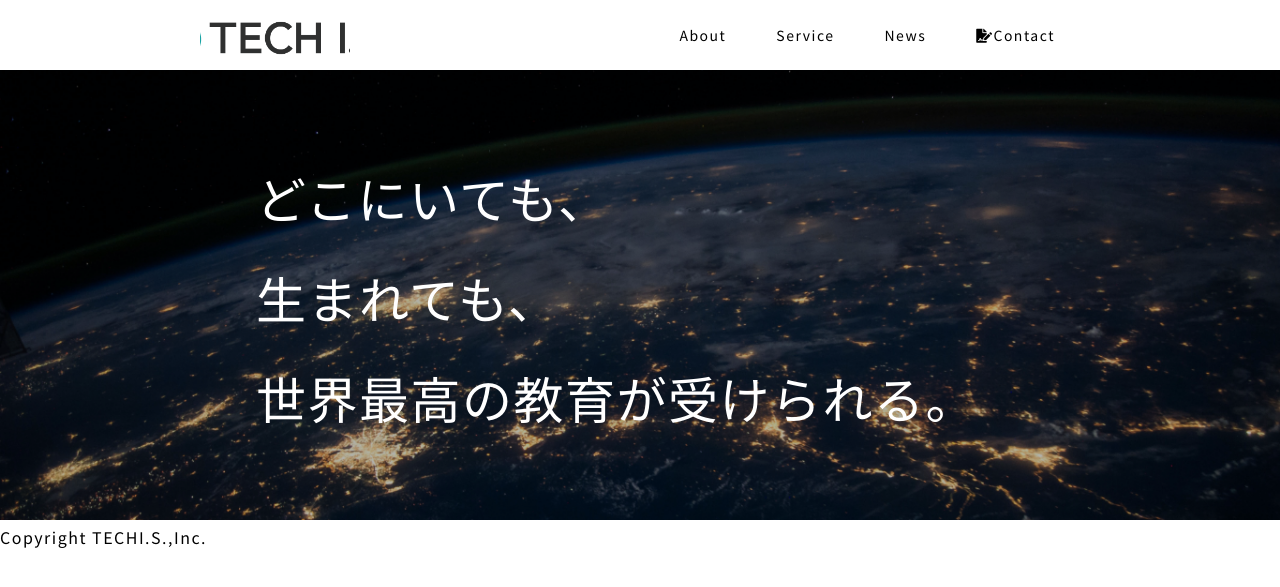
Repository: ryunoesta/lp-techis
Page: indx.html
These files come from the project's save history. The page is drawn as it stood at one moment and after a run of saves; the edit follows.
The browser window is 1280 px wide. The pictures show the whole page.

Above is the page before, as saved 2022-06-12 18:57:44.

### indx.html
<!DOCTYPE html>
<html lang="ja">
<head>
    <meta charset="UTF-8">
    <meta http-equiv="X-UA-Compatible" content="IE=edge">
    <meta name="viewport" content="width=device-width, initial-scale=1.0">
    <!-- reset css -->
    <link rel="stylesheet" href="./CSS/reset.css">
    <!-- style css -->
    <link rel="stylesheet" href="./CSS/style.css">
    <!-- fontawesome -->
    <link rel="stylesheet" href="https://use.fontawesome.com/releases/v5.15.1/css/all.css">
    <title>プログラミングスクール テックアイエス</title>
</head>
<body>
    <!-- header -->
    <header class="header">
        <h1 class="logo">
            <img src="./img/logo.png" alt="ロゴ画像">
        </h1>
        <ul class="menu-pc">
            <li><a href="#">About</a></li>
            <li><a href="#">Service</a></li>
            <li><a href="#">News</a></li>
            <!-- リンク先追加 -->
            <li><a href="contact"><i class="fas fa-file-signature"></i>Contact</a></li>
        </ul>
    </header>

    <!-- fv -->
    <div class="fv">
        <img src="./img/top1.png" alt="トプ画">
        <h1>どこにいても、
            <br>
            生まれても、
            <br>
            世界最高の教育が受けられる。
        </h1>
    </div>

    <!-- footer -->
    <footer>Copyright TECHI.S.,Inc.</footer>
</body>
</html>

### CSS/reset.css
*, *::before, *::after {
    box-sizing: border-box;
}
html, body, div, span, applet, object, iframe, h1, h2, h3, h4, h5, h6, p, blockquote, pre, a,
abbr, acronym, address, big, cite, code, del, dfn, em, font, ins, kbd, q, s, samp, small, strike,
strong, sub, sup, tt, var, dl, dt, dd, ol, ul, li, fieldset, form, label, legend, table,
caption, tbody, tfoot, thead, tr, th, td {
    border: 0;
    font-size: 100%;
    font-weight: inherit;
    margin: 0;
    outline: 0;
    padding: 0;
    vertical-align: baseline;
}
body {
    width: 100%;
    height: 100%;
    margin: 0 auto;
    letter-spacing: 1.5px;
    line-height: 1.5;
}
img {
    width: 100%;
    height: 100%;
    top: 0;
    left: 0;
    object-fit: cover;
}
a {
    color: black;
    text-decoration: none;
}
ol, ul {
    list-style: none;
}
table {
    border-collapse: separate;
    border-spacing: 0;
}

### CSS/style.css
/* フォントの設定 */
@import url('https://fonts.googleapis.com/css2?family=Noto+Sans+JP&display=swap');
html, body {
    font-size: 16px;
    font-family: 'Noto Sans JP', sans-serif;
}

/* header */
.header {
    display: flex;
    justify-content: space-between;
    padding: 0 200px;
    max-width: 100%;
    height: 70px;
    margin: auto;
}

header img {
    width: 150px;
    display: block;
}

header ul {
    height: 100%;
    padding: 15px 0;
    display: flex;
}

header ul li {
    font-size: 14px;
    margin: auto 25px;
}

/* common */
.common-btn {
    display: block;
    width: 100px;
    height: 35px;
    border-radius: 20px;
    background: #00abae;
    text-align: center;
    padding: 7px 0;
}

.common-btn a {
    color: #fff;
    font-size: 14px;
}


/* fv */
.fv {
    position: relative;
}

.fv h1 {
    position: absolute;
    top: 50%;
    left: 20%;
    -webkit-transform: translateY(-50%);
    -moz-transform: translateY(-50%);
    -ms-transform: translateY(-50%);
    -o-transform: translateY(-50%);
    transform: translateY(-50%);
    color: #fff;
    font-size: 50px;
    line-height: 2;
}

After the next 2 saves:
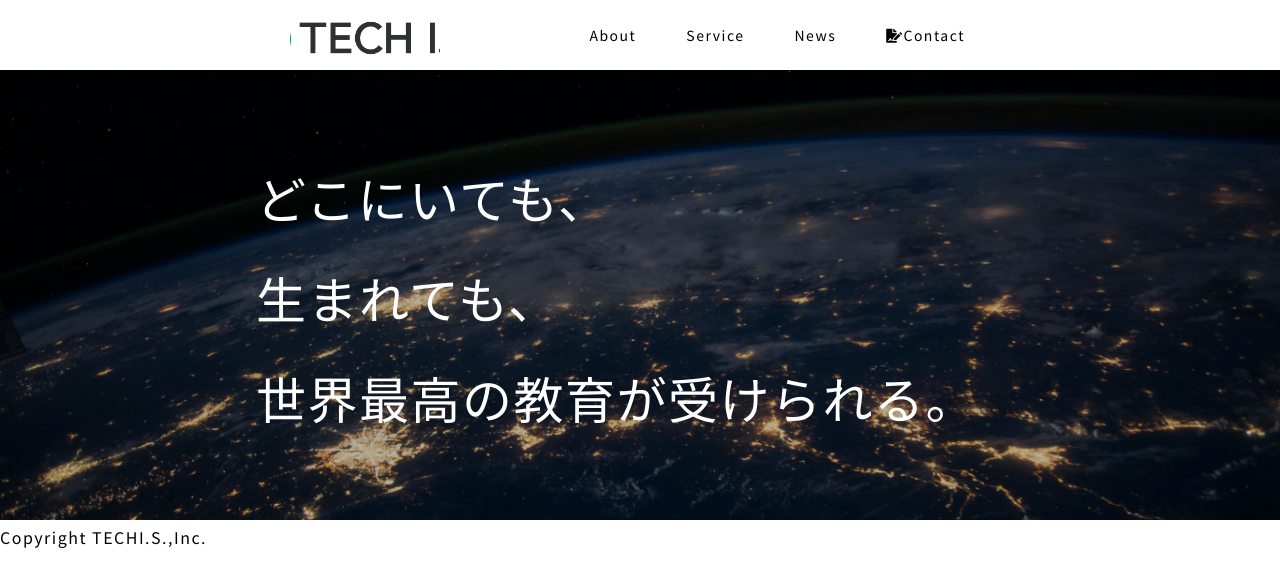
The 2 saves are shown as one change because they came seconds apart.
The last was saved 8 s later.
--- a/CSS/style.css
+++ b/CSS/style.css
@@ -10,7 +10,7 @@
     display: flex;
     justify-content: space-between;
     padding: 0 200px;
-    max-width: 100%;
+    max-width: 1100px;
     height: 70px;
     margin: auto;
 }
